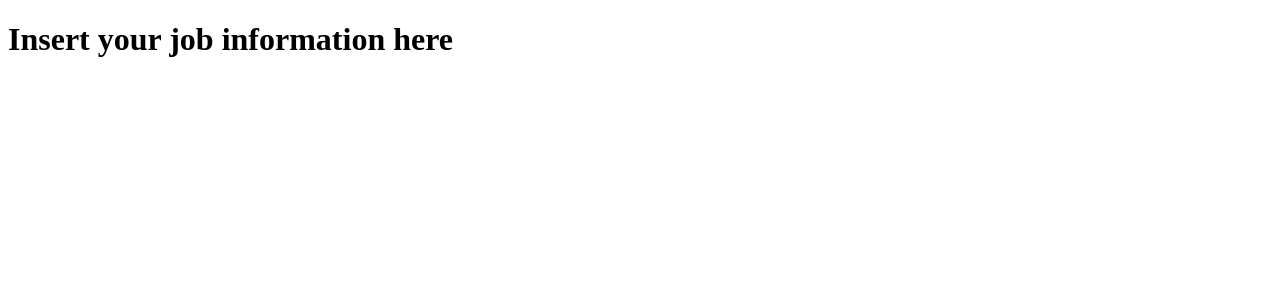
Repository: Zoli1212/ai-diploma
Page: http://localhost/AllasPortal/
These files come from the project's save history. The page is drawn as it stood at one moment and after the next save; the edit follows.
The browser window is 1280 px wide. The pictures show the whole page.
The page is served by Tomcat 9. Other server files are loaded and not shown.

Above is the page before, as saved 2020-10-12 15:45:07.

### AllasPortal/WebContent/postJob.jsp
<%@ page language="java" contentType="text/html; charset=ISO-8859-1"
    pageEncoding="ISO-8859-1"%>
<!DOCTYPE html PUBLIC "-//W3C//DTD HTML 4.01 Transitional//EN" "http://www.w3.org/TR/html4/loose.dtd">
<html>
<head>
<meta http-equiv="Content-Type" content="text/html; charset=ISO-8859-1">
<title>JobPortal</title>
</head>
<body>


<div class="wrapper">
<form class="contact-form" action="/AllasPortal/postJob" method="post" id="postJobForm">
<div>
<h1>Insert your job information here</h1>




</div>





</form>





</div>

</body>
</html>

### AllasPortal/src/com/webler/servlet/PostJobServlet.java
package com.webler.servlet;

import java.io.IOException;

import javax.servlet.RequestDispatcher;
import javax.servlet.ServletException;
import javax.servlet.annotation.WebServlet;
import javax.servlet.http.HttpServlet;
import javax.servlet.http.HttpServletRequest;
import javax.servlet.http.HttpServletResponse;

import com.webler.dao.JobPostingDao;
import com.webler.entity.JobPosting;

/**
 * Servlet implementation class PostJobServlet
 */
@WebServlet("/")
public class PostJobServlet extends HttpServlet {
	private static final long serialVersionUID = 1L;

    /**
     * @see HttpServlet#HttpServlet()
     */
    public PostJobServlet() {
        super();
        // TODO Auto-generated constructor stub
    }

	/**
	 * @see HttpServlet#doGet(HttpServletRequest request, HttpServletResponse response)
	 */
	protected void doGet(HttpServletRequest request, HttpServletResponse response) throws ServletException, IOException {
		// TODO Auto-generated method stub




		RequestDispatcher rd = request.getRequestDispatcher("/postJob.jsp");
		rd.forward(request, response);
	}

	/**
	 * @see HttpServlet#doPost(HttpServletRequest request, HttpServletResponse response)
	 */
	protected void doPost(HttpServletRequest request, HttpServletResponse response) throws ServletException, IOException {
		// TODO Auto-generated method stub


		String messageBody = request.getParameter("messageBody");
		String contactPhone = request.getParameter("contactphone");
		String posterName = request.getParameter("posterName");
		String jobName = request.getParameter("jobName");
		String jobPostingPassword = request.getParameter("password");

		JobPosting jobPost = new JobPosting();


		jobPost.setContactPhone(contactPhone);
		jobPost.setMessageBody(messageBody);
		jobPost.setPosterName(posterName);
		jobPost.setJobPostingPassword(jobPostingPassword);

		System.out.println(jobPost);

		JobPostingDao dao = new JobPostingDao();

		dao.insertJobPosting(jobPost);


		RequestDispatcher rd = request.getRequestDispatcher("/postJobSuccess.jsp");

		rd.forward(request, response);
	}

}

After the next save:
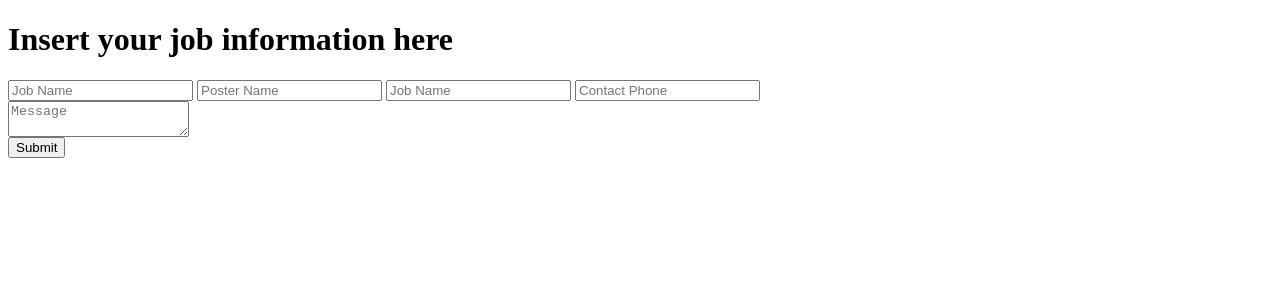
Saved 6 min 49 s later.
--- a/AllasPortal/WebContent/postJob.jsp
+++ b/AllasPortal/WebContent/postJob.jsp
@@ -1,5 +1,5 @@
 <%@ page language="java" contentType="text/html; charset=ISO-8859-1"
-    pageEncoding="ISO-8859-1"%>
+	pageEncoding="ISO-8859-1"%>
 <!DOCTYPE html PUBLIC "-//W3C//DTD HTML 4.01 Transitional//EN" "http://www.w3.org/TR/html4/loose.dtd">
 <html>
 <head>
@@ -9,27 +9,32 @@
 <body>
 
 
-<div class="wrapper">
-<form class="contact-form" action="/AllasPortal/postJob" method="post" id="postJobForm">
-<div>
-<h1>Insert your job information here</h1>
+	<div class="wrapper">
+		<form class="contact-form" action="/AllasPortal/postJob" method="post"
+			id="postJobForm">
+			<div>
+				<h1>Insert your job information here</h1>
 
+				<div class="input-fields">
+					<input type="text" class="input" placeholder="Job Name"
+						name="jobName"> <input type="text" class="input"
+						placeholder="Poster Name" name="posterName"> <input
+						type="password" class="input" placeholder="Job Name"
+						name="password"> <input type="text" class="input"
+						placeholder="Contact Phone" name="contactphone">
 
+				</div>
+				<div class="msg">
+					<textarea placeholder="Message" name="messagebody"></textarea>
 
+				</div>
+				<div class="send">
+					<input type="submit" class="btn" value="Submit" />
 
-</div>
-
-
-
-
-
-</form>
-
-
-
-
-
-</div>
+				</div>
+			</div>
+		</form>
+	</div>
 
 </body>
 </html>
